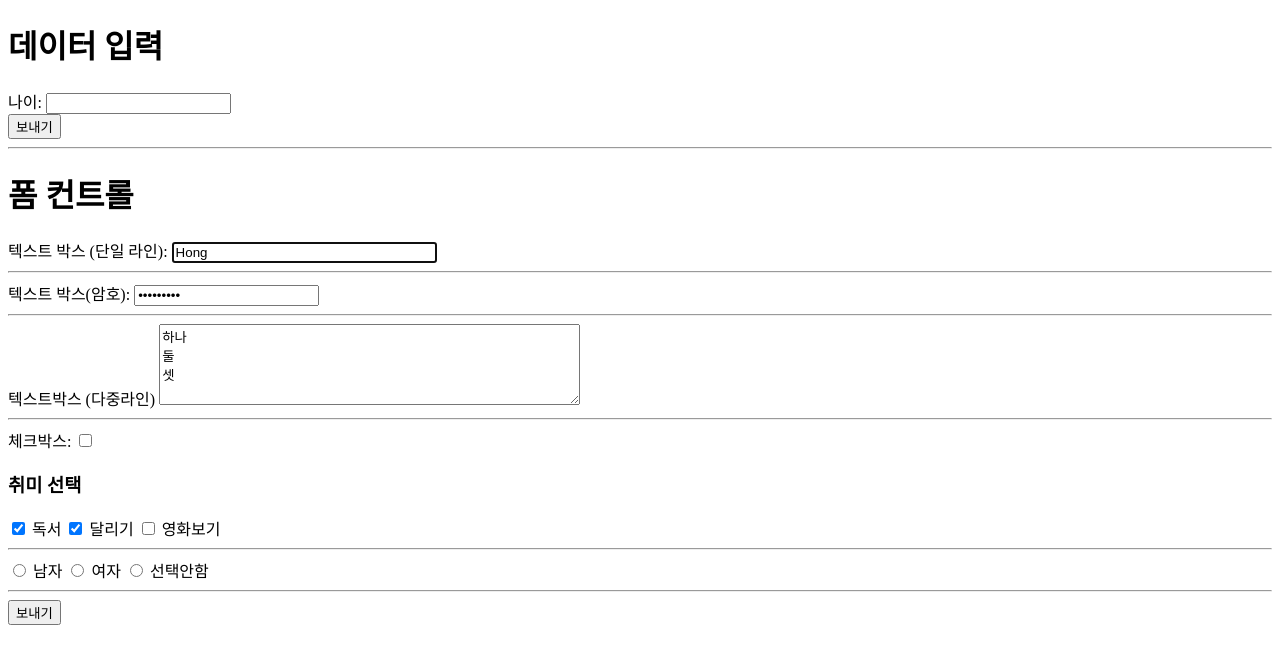
Repository: seula123/Front-End
Page: ClientTest/src/main/webapp/html/ex18_form.html
The author's editor kept a copy of each file at every save. The page is drawn from the files as they stood at one save, then again after the next save.
The browser window is 1280 px wide. The pictures show the whole page.

Above is the page before, as saved 2023-09-21 07:10:21.

### ClientTest/src/main/webapp/html/ex18_form.html
<!DOCTYPE html>
<html>
<head>
<meta charset="UTF-8">
<title>Insert title here</title>
</head>
<body>


	<!-- ex18_form.html -->

	<!--

		폼,form
		- 입력 양식, 입력 컨트롤
		- 클라이언트(사용자)로부터 입력장치(키보드, 마우스, 터치 등)을 통해서 데이터를 입력받는 역할
		- 입력 데이터> 서버로 전송 > 업무 활용 or 데이터 베이스 저장 등..
		ex) 텍스트 박스, 버튼, 체크 박스, 라디오 버튼 등..
		- <form> + <form>의 자식 태그들..



		<form>
		- 모든 입력 컨트롤을 감싸는 컨테이너
		- 스스로는 랜더링 결과가 없다. (출력되지않는다)
		- 입력한 값을 서버로 전송하는 역할(********)


		form.method
		- 데이터를 전송하는 방식
		- 택배(일반 우편| 등기 우편)
		1. POST
			- ex18_Server.jsp
			- 데이터를 상자안에 담아서 전송
			- 데이터가 노출x > 보안 o
			- 전송하는 데이터의 최대 길이 제한 > 무제한

		2. GET
			- -ex198_server.jsp?age=20
			- 데이터를 송장에 붙여서 전송
			- 전송되는 데이터가 노출(주소창)> 보안 x
			- 전송하는 데이터의 최대 길이 제한 > 256자 > 8000자 바이트
			- 긴 데이터는 전송 x

		form.action
		- 데이터를 수신하는 서버측 URL
		- 받는 사람 주소
		- 서버측 동작하고 있는 프로그램 주소 > JSP, Servlet, Spring 주소

	 -->

	 <h1> 데이터 입력</h1>

	 <form method="GET" action="ex18_server.jsp">


	 	나이: <input type = "text" name = "age">
	 	<br>
	 	<input type = "submit" value = "보내기">
	 </form>



	 <hr>

	 <h1> 폼 컨트롤 </h1>




	 <form method="get" action="ex18_server.jsp">

	 	<!--
	 		<input>
	 		- 인라인 태그
	 		- 단독 태그
	 		- input.type: 입력 컨트롤 종류 지정
	 		- input.name : 식별자
	 		- input.id : 식별자. CSS,JavaScript에서 사용
	 		- input.class : 식별자. CSS,JavaScript에서 사용
	 		- input.size: 길이(문자 개수)
	 		- input.maxlength: 최대 입력 길이(글자수)
	 		- input.readonly: 읽기 전용(전원 on)
	 		- input.disabled: 비활성화	(전원 off)
	 		- input.accesskey: 바로가기(Alt+조합ㄱ키)
            - input.autofocus: 자동 포커스
            - input.autocomplete : 자동 완성 끄기


	 	 -->

	 	텍스트 박스 (단일 라인):
	 	<input type = "text" name="txt1" id="txt1" class="txt" size = "30" value="Hong
	 	" accesskey="s" autofocus autocomplete="off">

	 	<hr>

	 	<!--

	 		암호 상자, Password Box, Masked Text Box
	 		- 모든 속성이 텍스트 박스와 동일

	 	 -->
	 	 텍스트 박스(암호):
	 	 <input type = "password" value ="12345
	 	 ">

	 	<!-- 텍스트 박스 (다중라인
	 		<textarea>
	 		- 쌍태그
	 		- 대부분의 속성은 텍스트 박스
	 		- maxlength 속성이 없다. > 많은 양의 텍스트를 입력받는 컨트롤
	 		- value 속성이 없다.
	 		- size > cols, rows
	 	-->
	 	 <hr>

	 	 텍스트박스 (다중라인)
		 <textarea cols = "50" rows="5">
하나
둘
셋
		 </textarea>

		 <hr>


		 <!-- 체크박스
		 	   - 논리값 입력

		 -->

		 체크박스:
		 <input type = "checkbox">

	 	<h3>취미 선택</h3>
	 	<input type = "checkbox" id="cb1" checked> <label for ="cb1">독서</lable>
	 	<input type = "checkbox" id ="cb2" checked
	 	> <label for = "cb2">달리기</label>
	 	<input type = "checkbox"> 영화보기

	 	<hr>

	 	<!--
	 		라디오 버튼
	 		- 체크 박스와 유사
	 		- 단일 선택 컨트롤
	 	-->
	 	<input type = "radio" name="rbGender"> 남자
	 	<input type ="radio" name="rbGender"> 여자
	 	<input type ="radio" name="rbGender"> 선택안함




		<hr>

	 	<input type = "submit" value ="보내기">




	 </form>

</body>

</html>

After the next save:
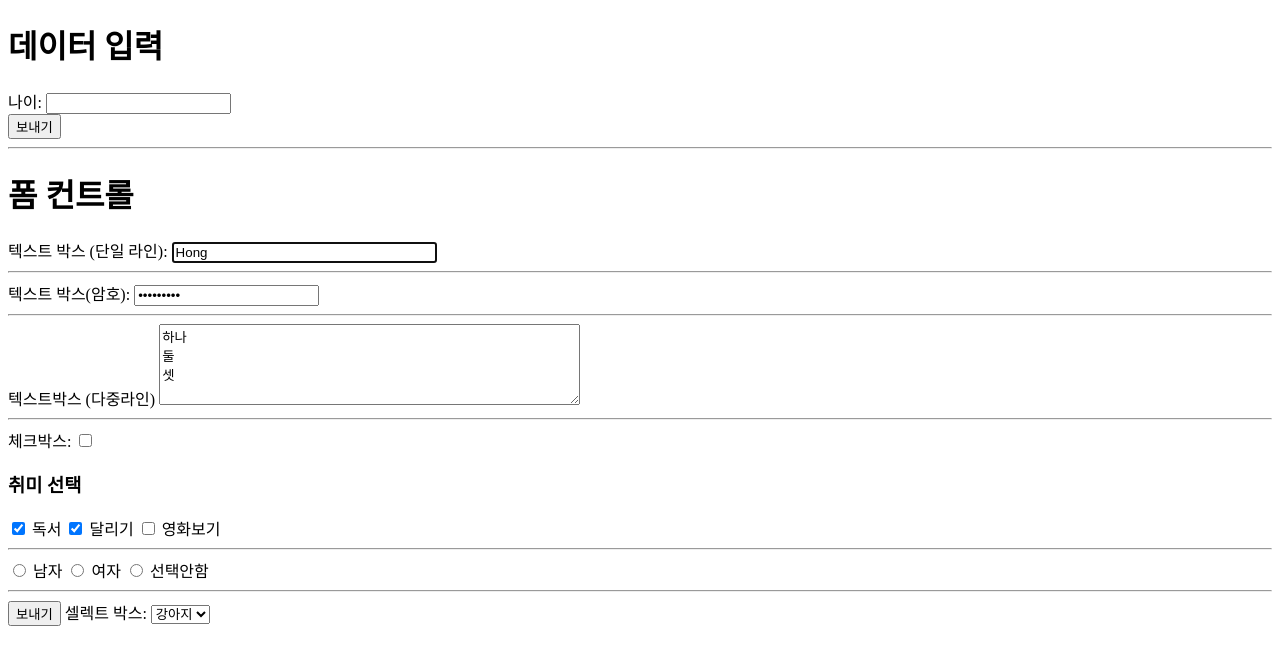
Saved 112 s later.
--- a/ClientTest/src/main/webapp/html/ex18_form.html
+++ b/ClientTest/src/main/webapp/html/ex18_form.html
@@ -155,9 +155,22 @@
 
 		<hr>
 
+		<!--
+
+			셀렉트 박스
+			- 콤보 박스 (Combo)
+			- 드랍 다운 리스트 (Drop Down List)
+
+			-->
+
 	 	<input type = "submit" value ="보내기">
 
-
+	 	셀렉트 박스:
+	 	<select>
+	 		<option>강아지</option>
+	 		<option>고양이</option>
+	 		<option>병아리</option>
+	 	</select>
 
 
 	 </form>
